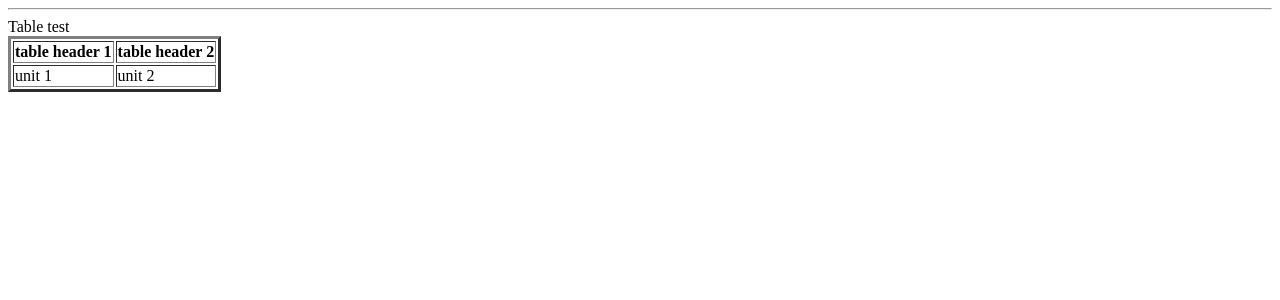
Repository: libelosophy/anjoyo
Page: workspace/QTalk/WebContent/html/table.html
An editor plug-in stored every save of this project. The page is shown before and after the next save, followed by the edit.
The browser window is 1280 px wide. The pictures show the whole page.

Above is the page before, as saved 2013-09-09 11:17:38.

### workspace/QTalk/WebContent/html/table.html
<html>
<head>
<title>HTML Layout</title>
<meta name="author" content="jh">

</head>
<hr />
<body>



	<table border="3"> Table test
		<tr>
			<th>table header 1</th>
			<th>table header 2</th>
		</tr>
		<tr>
			<td>unit 1</td>
			<td>unit 2</td>
		</tr>
	</table>


</body>
</html>

After the next save:
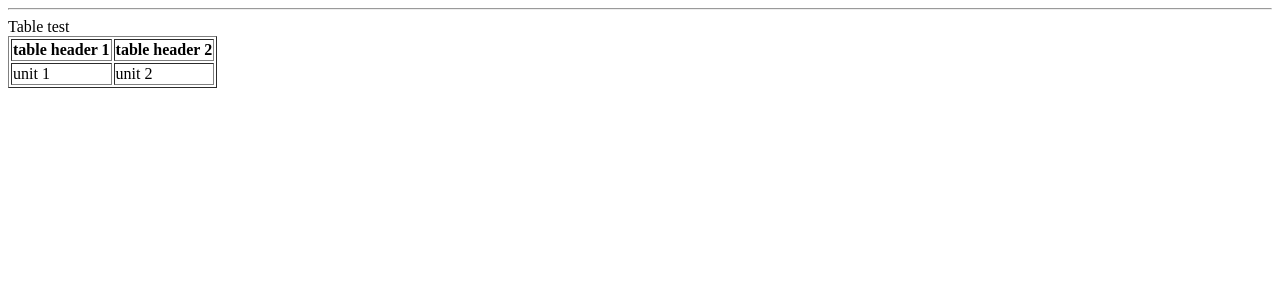
Saved 10 s later.
--- a/workspace/QTalk/WebContent/html/table.html
+++ b/workspace/QTalk/WebContent/html/table.html
@@ -9,7 +9,7 @@
 
 
 
-	<table border="3"> Table test
+	<table border="1"> Table test
 		<tr>
 			<th>table header 1</th>
 			<th>table header 2</th>
